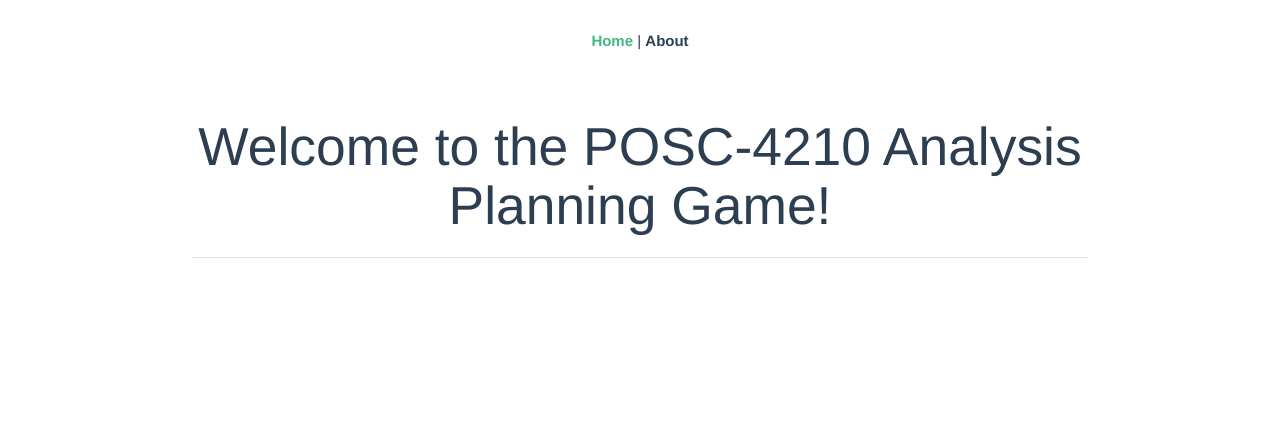
Repository: gallard28/posc4210app
Page: /
An editor plug-in stored every save of this project. The page is shown before and after the next save, followed by the edit.
The browser window is 1280 px wide. The pictures show the whole page.
The project was rebuilt for these pictures with package versions that can differ from the ones it lists, and the page was loaded fresh each time.

Above is the page before, as saved 2020-09-20 15:59:07.

After the next save:
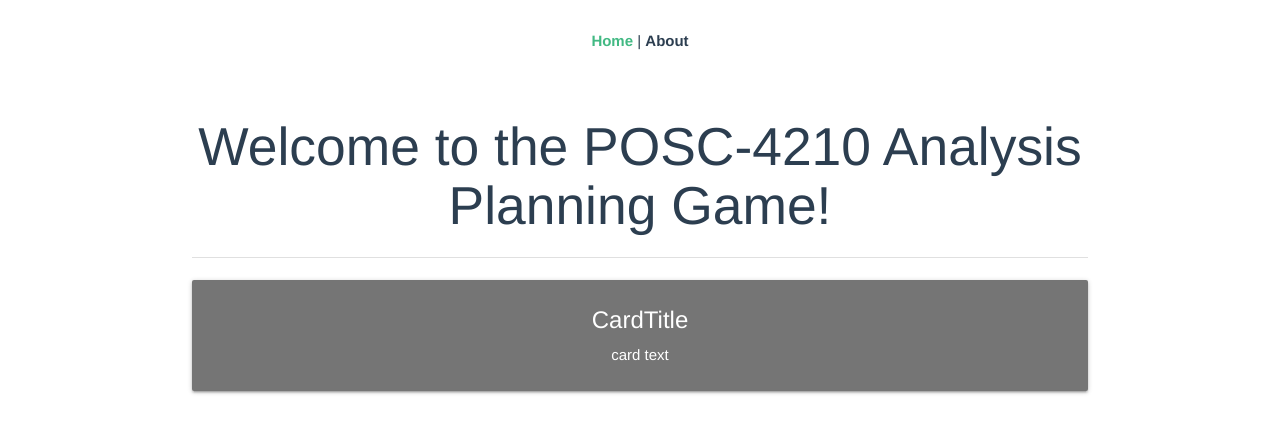
Saved 79 s later.
--- a/src/views/Home.vue
+++ b/src/views/Home.vue
@@ -7,6 +7,12 @@
     <div class="section">
       <div class="row">
         <div class="cols s12">
+          <div class="card grey darken-1">
+            <div class="card-content white-text">
+              <span class="card-title">CardTitle</span>
+              <p>card text</p>
+            </div>
+          </div>
         </div>
     </div>
     </div>
